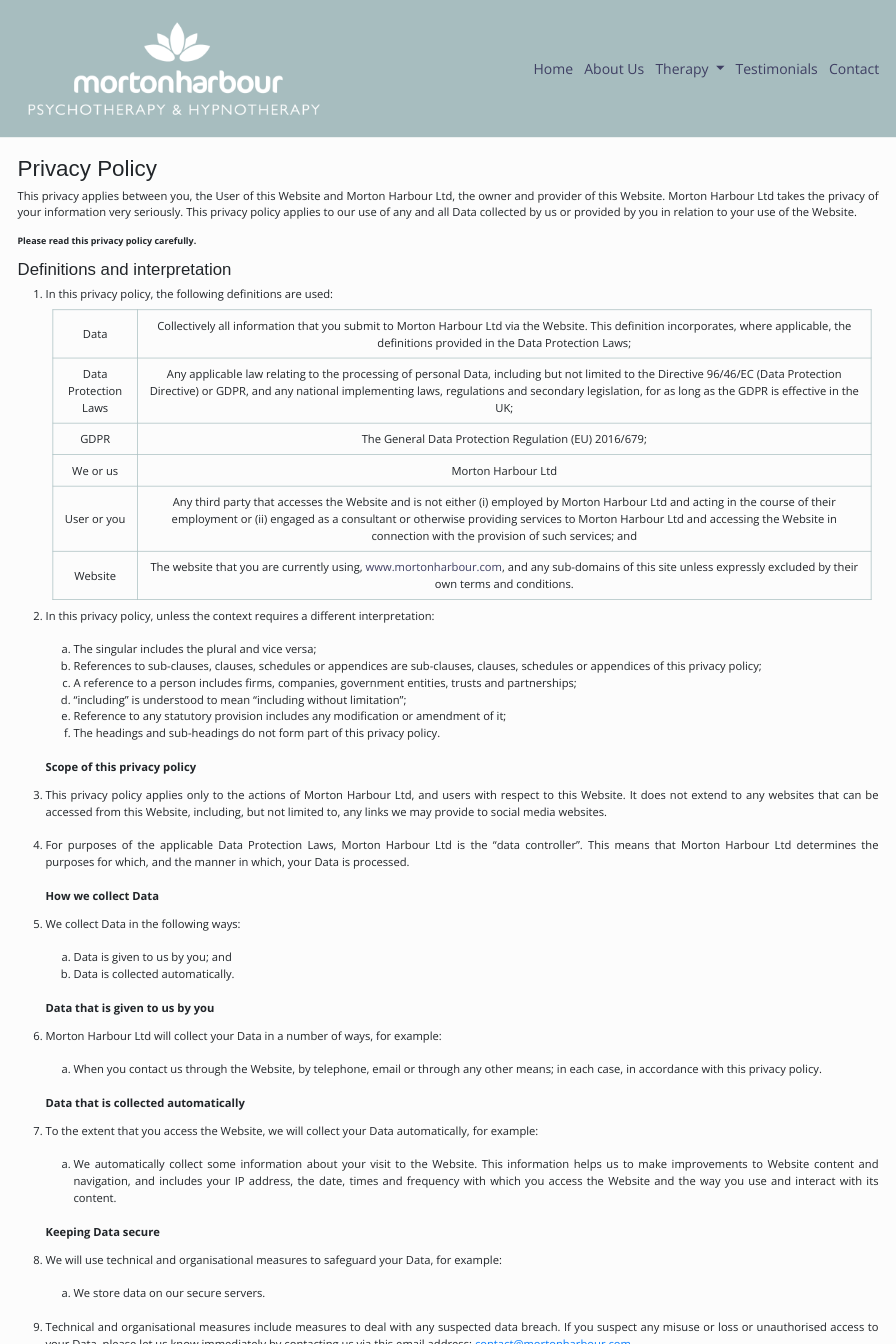
Repository: Code-Institute-Submissions/mortonharbour
Page: privacy policy.html
The author's editor kept a record of every edit. The page is drawn from the files as they stood at one moment, then again after the next edit.
The browser window is 1280 px wide. The pictures show the part of the page from y = 0 to 1920 px (the page is 4032 px tall), at 70% of full size.
Some web fonts or font styles are not loaded; a fallback is used. Some web libraries are served in a nearby version.

Above is the page before.

After the next edit:
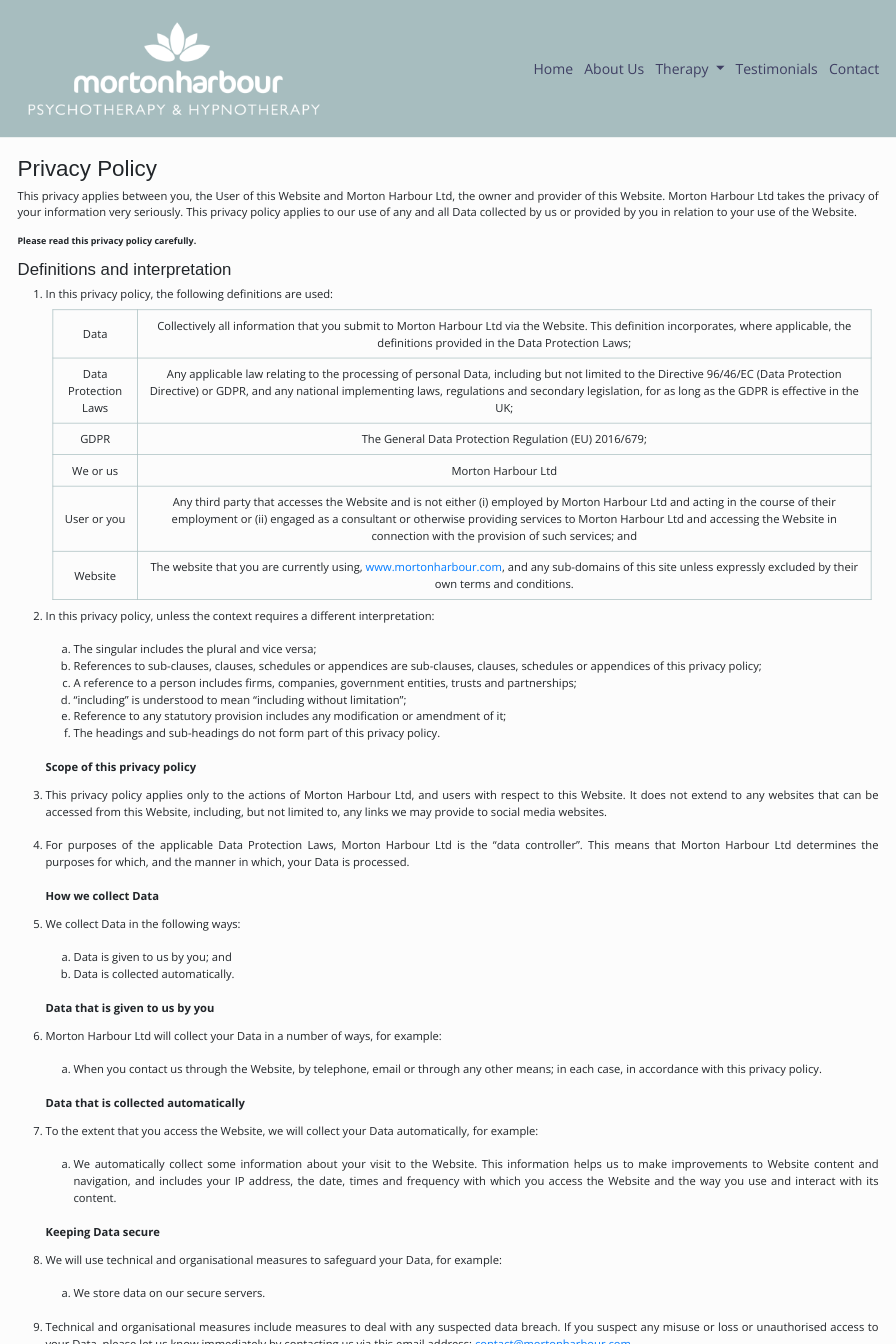
The edit:
--- a/assets/css/style.css
+++ b/assets/css/style.css
@@ -93,7 +93,7 @@
     margin: 25px;
 }
 
-.privacy-policy-website {
+.privacy-policy-links {
     color: #3f3f63;
 }
 
